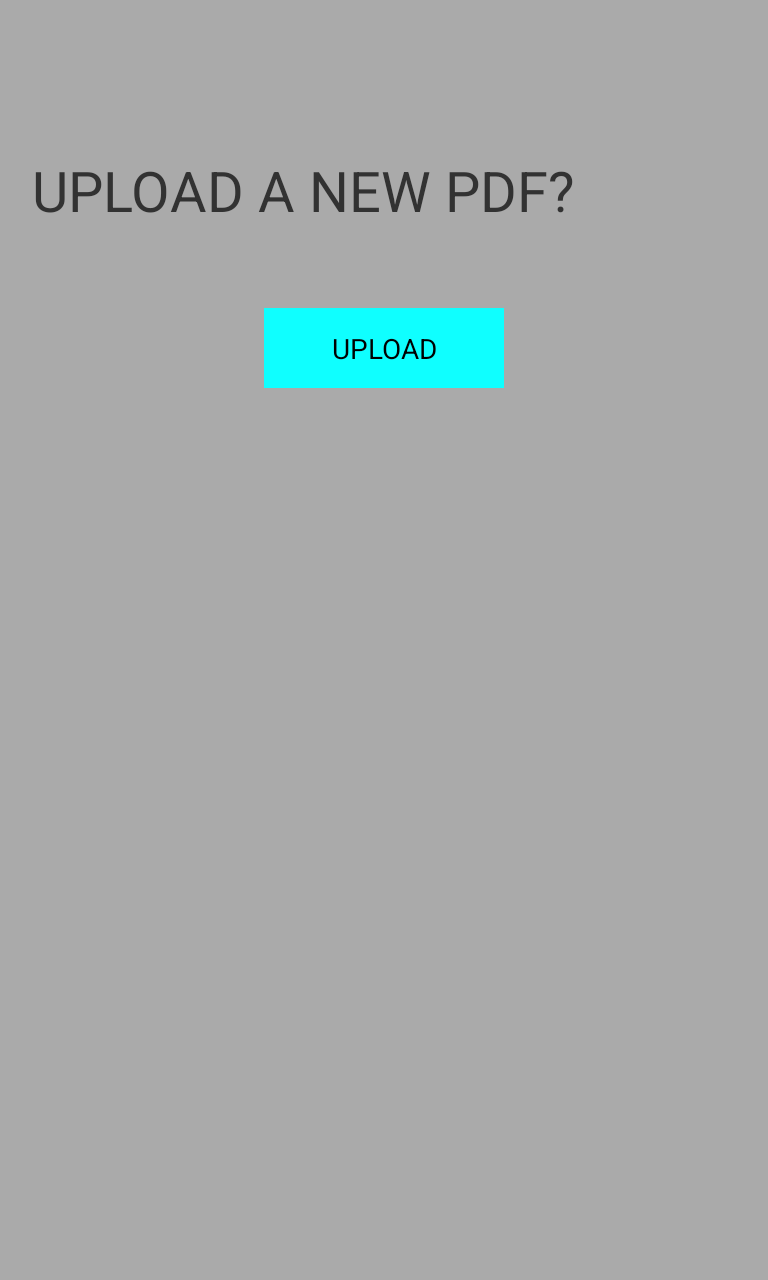
Repository: nick11roberts/Moka-Scanr
Layout: Document Uploader/res/layout/activity_options.xml
An editor plug-in stored every save of this project. The layout is shown before and after the next save, followed by the edit.
It is drawn on a 768 x 1280 px phone screen (xhdpi) without system bars, with theme android:Theme.Light.NoTitleBar; the app's code is not run. The app's manifest (not shown) leaves right-to-left support off. So textAlignment, textDirection and layoutDirection are ignored, and left and right values win over start and end ones.

Above is the layout before, as saved 2014-05-29 06:23:18.

### Document Uploader/res/layout/activity_options.xml
<LinearLayout xmlns:android="http://schemas.android.com/apk/res/android"
    xmlns:tools="http://schemas.android.com/tools"
    android:layout_width="match_parent"
    android:layout_height="match_parent"
    android:background="#AAAAAA"
    android:baselineAligned="true"
    android:gravity="center_horizontal"
    android:orientation="vertical"
    android:paddingBottom="@dimen/activity_vertical_margin"
    android:paddingLeft="@dimen/activity_horizontal_margin"
    android:paddingRight="@dimen/activity_horizontal_margin"
    android:paddingTop="@dimen/activity_vertical_margin"
    tools:context="io.github.nick11roberts.pdf_drive.MainActivity$mainFragment" >

    <TextView
        android:layout_width="match_parent"
        android:layout_height="wrap_content"
        android:paddingBottom="40dp"
        android:paddingTop="60dp"
        android:text="@string/main_heading"
        android:textAlignment="center"
        android:textAllCaps="true"
        android:textSize="28sp" />

    <Button
        android:id="@+id/button1"
        android:layout_width="120dp"
        android:layout_height="40dp"
        android:background="#0FFFFF"
        android:text="@string/main_button_upload" />

</LinearLayout>

### Document Uploader/res/values/strings.xml
<?xml version="1.0" encoding="utf-8"?>
<resources>

    <string name="app_name">PDF-Drive</string>

    <string name="main_heading">Upload a new PDF?</string>
    <string name="main_button_upload">UPLOAD</string>

    <string name="action_settings">Settings</string>

</resources>

Loaded but not shown: Document Uploader/res/values/dimens.xml (common file); Document Uploader/res/values-w820dp/dimens.xml (common file)

After the next save:
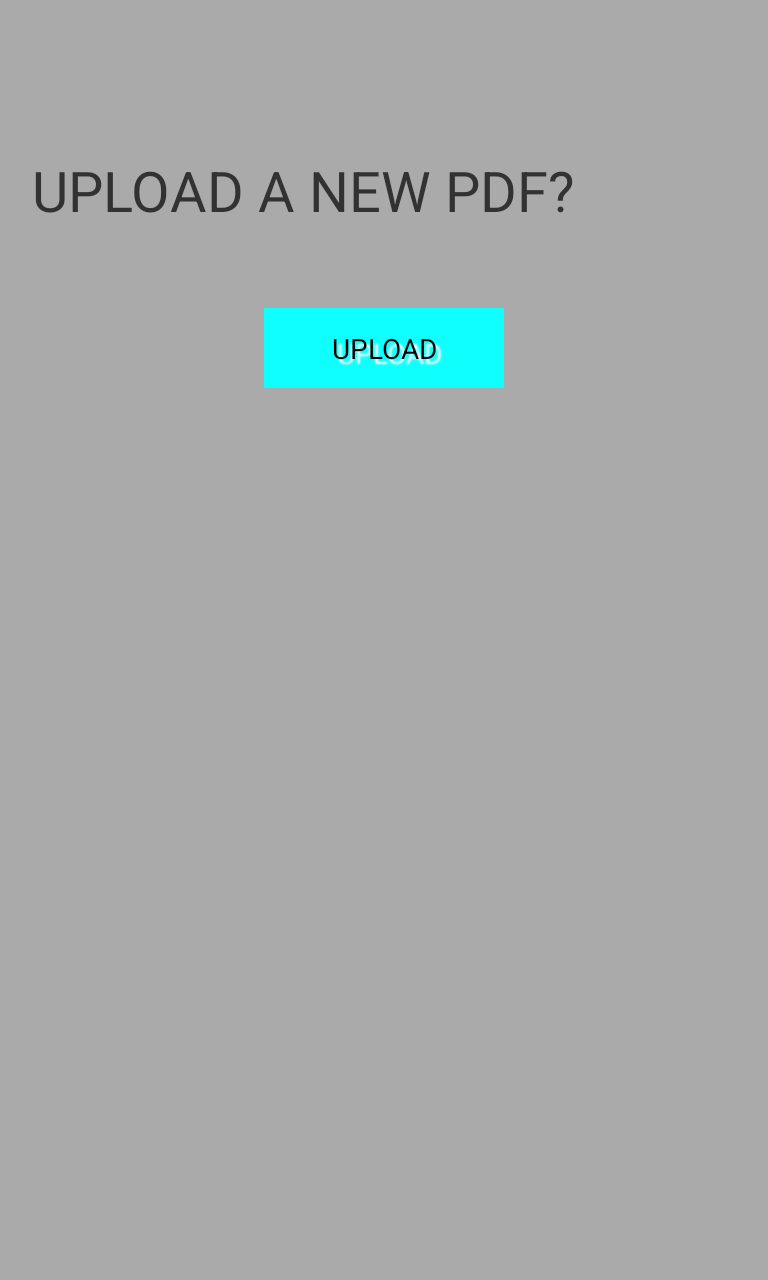
Saved 62 s later.
--- a/Document Uploader/res/layout/activity_options.xml
+++ b/Document Uploader/res/layout/activity_options.xml
@@ -27,6 +27,10 @@
         android:layout_width="120dp"
         android:layout_height="40dp"
         android:background="#0FFFFF"
+        android:shadowColor="#FFFFFF"
+        android:shadowDx="5"
+        android:shadowDy="5"
+        android:shadowRadius="1"
         android:text="@string/main_button_upload" />
 
 </LinearLayout>

After the save that followed:
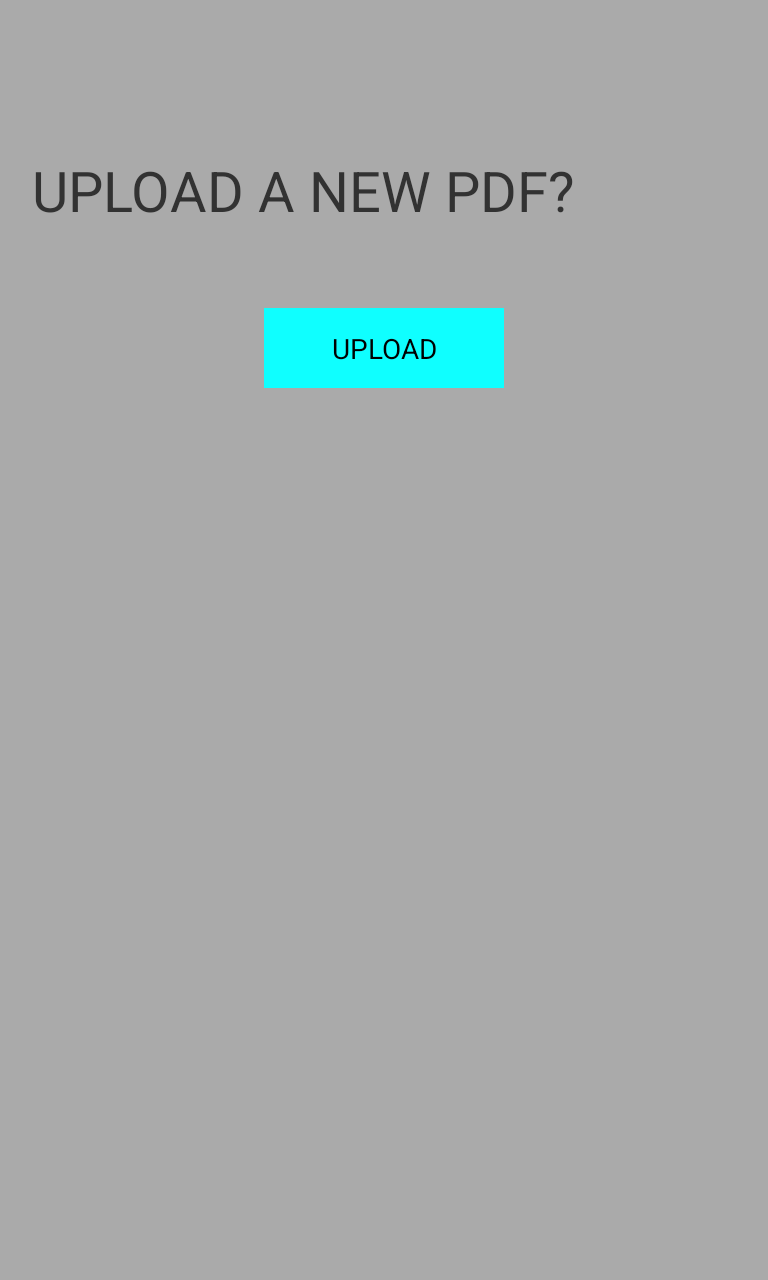
Saved 84 s later.
--- a/Document Uploader/res/layout/activity_options.xml
+++ b/Document Uploader/res/layout/activity_options.xml
@@ -27,10 +27,7 @@
         android:layout_width="120dp"
         android:layout_height="40dp"
         android:background="#0FFFFF"
-        android:shadowColor="#FFFFFF"
-        android:shadowDx="5"
-        android:shadowDy="5"
-        android:shadowRadius="1"
+
         android:text="@string/main_button_upload" />
 
 </LinearLayout>
